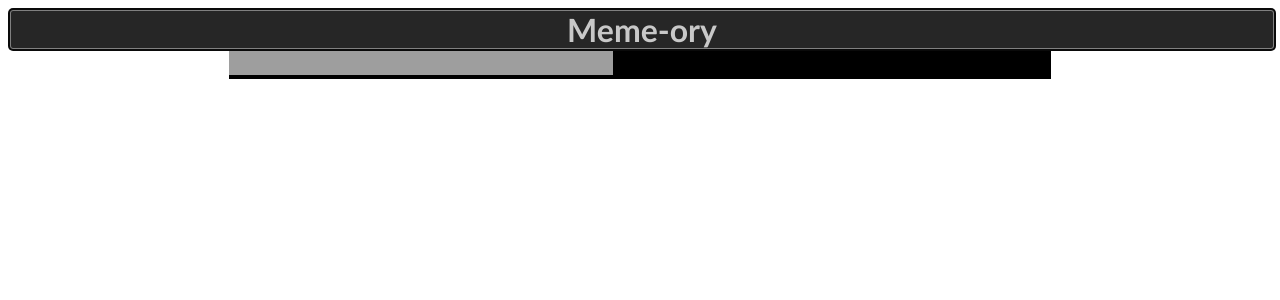
Repository: sk222sw/1dv403-laborationer
Page: 3-gameon/index.html
The author's editor kept a record of every edit. The page is drawn from the files as they stood at one moment, then again after the next edit.
The browser window is 1280 px wide. The pictures show the whole page.
Pictures or frames that could not be fetched are drawn as grey boxes.

Above is the page before.

### 3-gameon/index.html
<!DOCTYPE html>
<html>
    <head>
        <link rel="stylesheet" href="memory/css/css.css" type="text/css" />
        <title>Memory</title>
        <meta charset="utf-8">
    </head>
    <body>
        <div id="content">
            <header>
                <h1>Meme-ory</h1>
            </header>

            <main>
                <section id="memory">
                    <table id="memoryTable">

                    </table>
                </section>
            </main>

        </div>
        <script type="text/javascript" src="memory/script/random.js"></script>
        <script type="text/javascript" src="memory/script/memory.js"></script>
    </body>
</html>

### 3-gameon/memory/css/css.css
content {
    width: 50%;
    height: 99%;
}

header {
    width: 100%;
    margin: 0 auto;

    border: solid rgba(0,0,0, 0.75) 2px;
    box-shadow:0px 0px 0px 1px gray inset;


    border-radius: 5px;

    background-color: rgba(0, 0, 0, 0.85);
}

header h1 {
    margin: 0 auto;
    text-align: center;
    color: rgba(265, 265, 265, 0.75);
    font-family: "Estrangelo Edessa", "Candara", sans-serif;
}

main {
    position:relative;
    margin: 0 auto;
    background-color: #000;
    width: 65%;
    height: 90%;
}

memory {
    margin-left: auto;
    margin-right: auto;
    position: relative;

    width: 90%;
    color: white;
}

p {
    color: white;
}

.defaultImage {
    background-image:url(../pics/0.png);
    height: 24px;
    width: 24px;
}

### 3-gameon/memory/script/random.js
"use strict"

var RandomGenerator = {

	/*
		Denna metod tar antalet rader och columner som inparameter.

		Metoden returnerar en array inneh�llandes utslumpade tal mellan 1 och (rows*cols)/2. Varje tal representeras tv�
		g�nger och motsvarar s�ledes en spelbricka.

		I en 4*4 matris kan Arrayen t.ex. se ut s� h�r:
		[1,2,6,8,6,2,5,3,1,3,7,5,8,4,4,7]

		I en 2*4 matris kan Arrayen t.ex. se ut s� h�r:
		[3,4,4,1,2,1,2,3]
	*/

	getPictureArray: function(rows, cols)
	{
		var numberOfImages = rows*cols;
		var maxImageNumber = numberOfImages/2;

	   	var imgPlace = [];

	   //Utplacering av bilder i Array
	   for(var i=0; i<numberOfImages; i++)
		  imgPlace[i] = 0;

		for(var currentImageNumber=1; currentImageNumber<=maxImageNumber; currentImageNumber++)
		{
			var imageOneOK = false;
			var imageTwoOK = false;

			do
			{
				if(imageOneOK == false)
				{
					var randomOne = Math.floor( (Math.random() * (rows*cols-0) + 0) );

					if( imgPlace[randomOne] == 0 )
					{
						imgPlace[randomOne] = currentImageNumber;
						imageOneOK = true;
					}
				}

				if(imageTwoOK == false)
				{
					var randomTwo = Math.floor( (Math.random() * (rows*cols-0) + 0) );

					if( imgPlace[randomTwo] == 0 )
					{
						imgPlace[randomTwo] = currentImageNumber;
						imageTwoOK = true;
					}
				}
			}
			while(imageOneOK == false || imageTwoOK == false);
		}

		return imgPlace;
	}
}

### 3-gameon/memory/script/memory.js
"use strict";

// Inspiration för "twoCardArray"-strukturen
// http://www.developphp.com/view.php?tid=1393

var Memory = {
    turned: 0,
    maxTurned: null,    //används för att kolla när man vinner.
    twoCardArray: [],
    cardPosition: [],

    init: function(){
        var cols = 4;
        var rows = 4;
        var picArray = RandomGenerator.getPictureArray(cols, rows);
        Memory.maxTurned = cols * rows;    //håller reda på hur många brickor
                                           //som ska vara vända när man vinner.
        Memory.generateAll(picArray);
    },

    newGame: function(){
        var cols = 4;
        var rows = 4;
        var picArray = RandomGenerator.getPictureArray(cols, rows);
        var maxTurned = cols * rows;
    },

    //Loopar igenom arrayen och skickar med indexet till generatePic()
    generateAll: function(picArray) {
        for (var i = 0; i < picArray.length; i++) {
            var thisPic = picArray[i];
            var picValue = i;
            Memory.generatePic(thisPic, picValue);
        }
        return false;
    },
 //------------------------------------------------------------------------------------------------------
    //Genererar en bild med dess attribut
    generatePic: function(thisPic, picValue) {
        var memory = document.getElementById("memory");
        var tabFriendly = document.createElement("a");
        var picture = document.createElement("img");

        picture.setAttribute("id", "picture" + picValue);
        picture.setAttribute("src", "memory/pics/0.png");
        picture.setAttribute("value", thisPic);
        picture.setAttribute("class", "defaultImage");

        var picSource = picture.src;

        memory.appendChild(tabFriendly);
        tabFriendly.appendChild(picture);

            picture.onclick = function() {

                if (Memory.twoCardArray.length < 2) {

                        if (picture.src === picSource) {

                            picture.removeAttribute("src");
                            picture.setAttribute("src", "memory/pics/" + thisPic + ".png");

                            //Om ingen bricka är vänd än
                            if (Memory.twoCardArray.length === 0) {

                                Memory.twoCardArray.push(picValue);
                                Memory.cardPosition.push(thisPic);

                                // console.log("picValue är: " + picValue);
                                // console.log("Id är: " + thisPic);

                            } else if (Memory.twoCardArray.length === 1) {

                                Memory.twoCardArray.push(picValue);
                                Memory.cardPosition.push(thisPic);

                                console.log("twocardarray0 = " + Memory.twoCardArray[0]);
                                console.log("twocardarray1 = " + Memory.twoCardArray[1]);

                                console.log("picValue är: " + picValue);
                                console.log("Id är: " + thisPic);

                                if (Memory.cardPosition[0] === Memory.cardPosition[1]) {
                                    //Två matchande brickor
                                    Memory.matchingBricks();
                                    Memory.twoCardArray = [];
                                    Memory.cardPosition = [];

                                } else if(Memory.twoCardArray.length === 2) {
                                    //Vänd tillbaka
                                    Memory.flipBricks();
                                }
                            }
                        }   else if(Memory.twoCardArray.length === 2) {
                            Memory.flipBricks();
                        }
                }  else {
                        return 0;
                }

            }; //onclick stop

        return false;
    },

    flipBricks: function(){
        setTimeout(function(){
            var pic1 = document.getElementById("picture" + Memory.twoCardArray[0]);
            var pic2 = document.getElementById("picture" + Memory.twoCardArray[1]);

            pic1.setAttribute("src", "memory/pics/0.png");
            pic2.setAttribute("src", "memory/pics/0.png");
            Memory.twoCardArray = [];
            Memory.cardPosition = [];
        }, 800);
    },

    //När två brickor matchas körs denna funktion:
    matchingBricks: function(thisPic) {
            Memory.turned += 2;

        console.log("Nu äre " + Memory.turned);
        if (Memory.turned === Memory.maxTurned) {
            alert("Du vann!");
        }
    }
};

window.onload = Memory.init;

After the next edit:
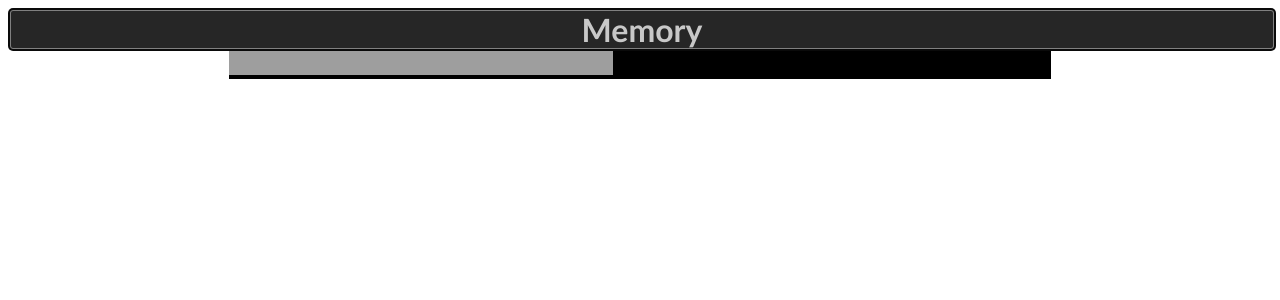
The edit:
--- a/3-gameon/index.html
+++ b/3-gameon/index.html
@@ -8,7 +8,7 @@
     <body>
         <div id="content">
             <header>
-                <h1>Meme-ory</h1>
+                <h1>Memory</h1>
             </header>
 
             <main>
